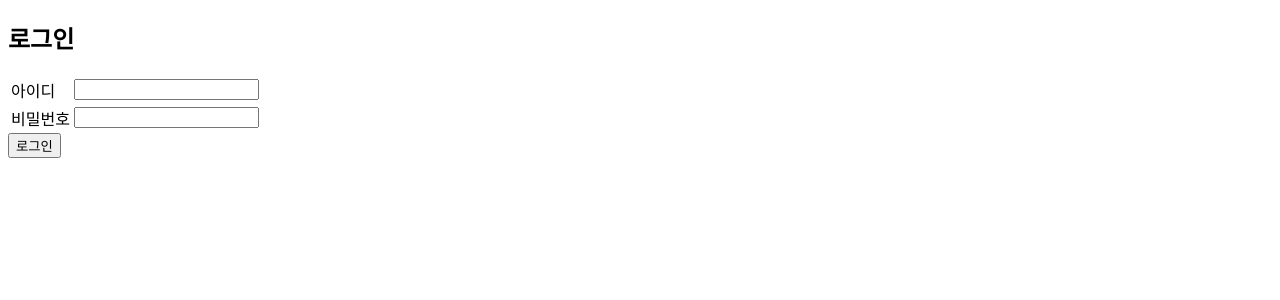
Repository: Idooru/academy_servlet
Page: pro07/WebContent/loginForm.html
These files come from the project's save history. The page is drawn as it stood at one moment and after the next save; the edit follows.
The browser window is 1280 px wide. The pictures show the whole page.

Above is the page before, as saved 2023-09-06 03:43:56.

After the next save:
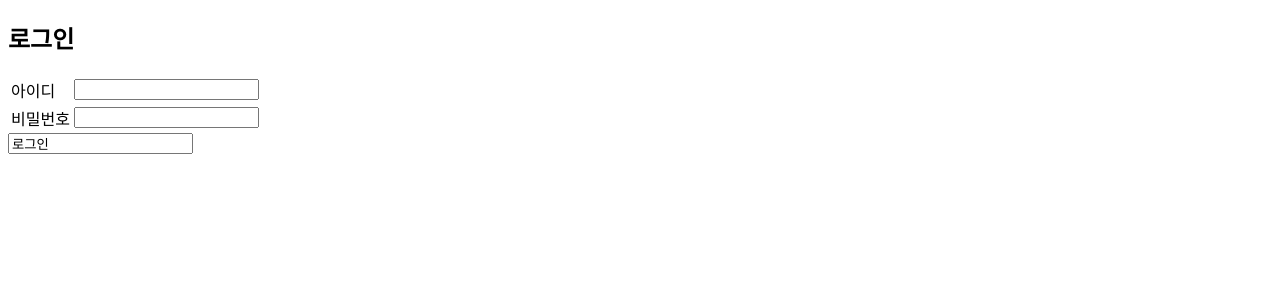
Saved 19 s later.
--- a/pro07/WebContent/loginForm.html
+++ b/pro07/WebContent/loginForm.html
@@ -41,7 +41,7 @@
 				<td><input type="password" name="pwd"></td>
 			</tr>
 		</table>
-		<input type="button" value="로그인" onclick="fn_login()" />
+		<input type="input" value="로그인" onclick="fn_login()" />
 	</form>
 </body>
 

After the save that followed:
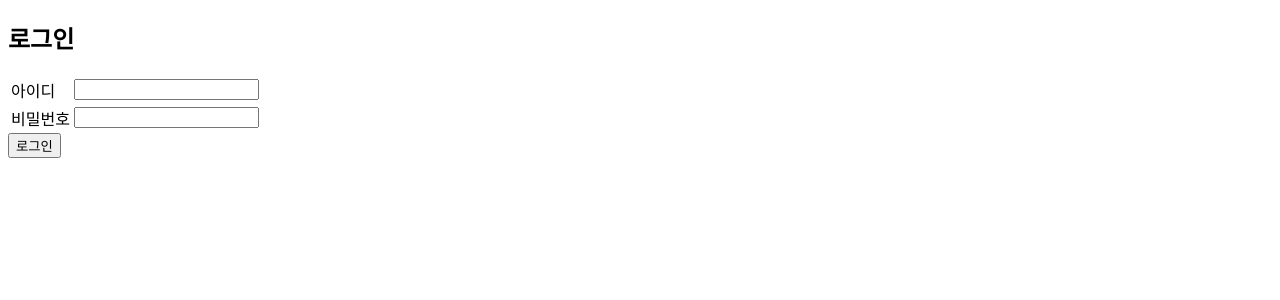
Saved 15 s later.
--- a/pro07/WebContent/loginForm.html
+++ b/pro07/WebContent/loginForm.html
@@ -41,7 +41,7 @@
 				<td><input type="password" name="pwd"></td>
 			</tr>
 		</table>
-		<input type="input" value="로그인" onclick="fn_login()" />
+		<input type="submit" value="로그인" onclick="fn_login()" />
 	</form>
 </body>
 
